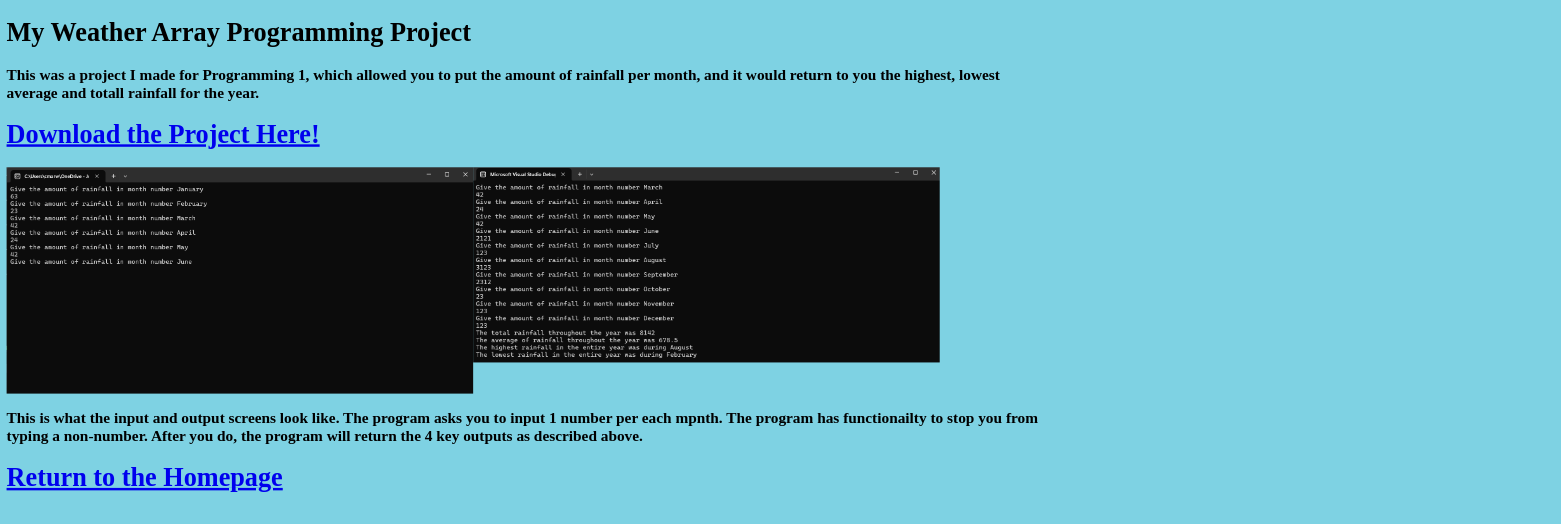
Repository: captainm64/captainm64
Page: projectshow2.html
An editor plug-in stored every save of this project. The page is shown before and after the next save, followed by the edit.
The browser window is 1280 px wide. The page is 1904 px wide, so the pictures cover 1904 px, including what lies to the right of the window. The pictures show the whole page, at 82% of full size.

Above is the page before, as saved 2026-05-12 10:18:08.

After the next save:
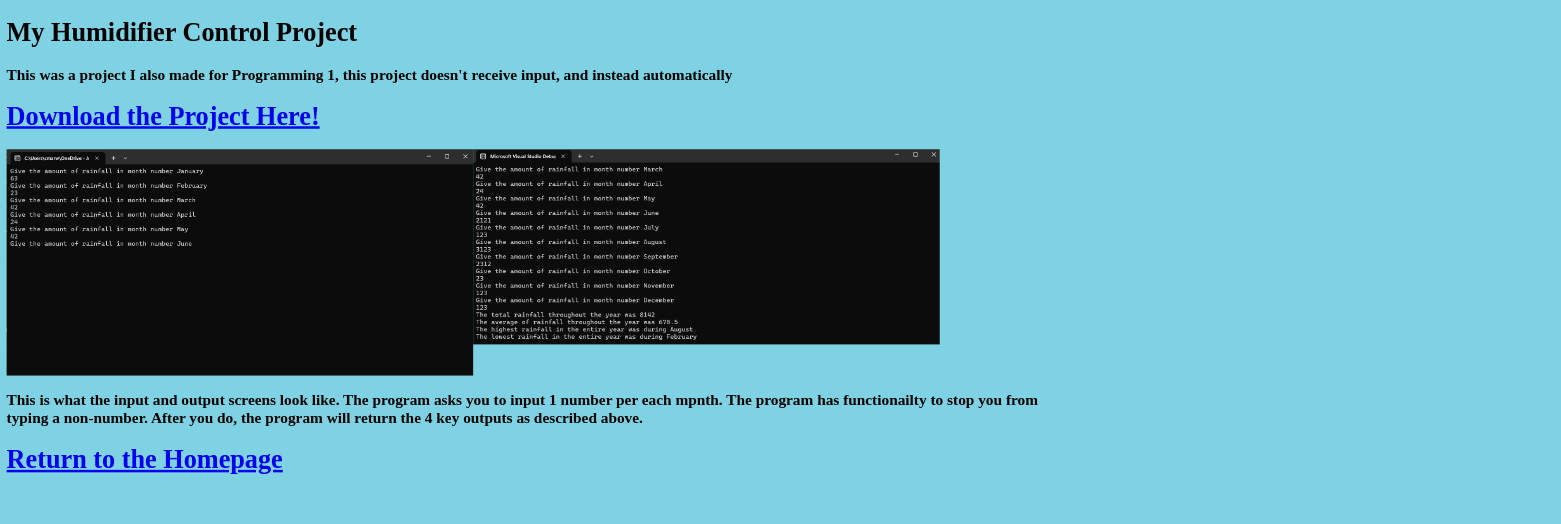
Saved 79 s later.
--- a/projectshow2.html
+++ b/projectshow2.html
@@ -7,11 +7,9 @@
     </head>
 <body>
 <main>
-<h1>My Weather Array Programming Project</h1>
+<h1>My Humidifier Control Project</h1>
 
-<h3>This was a project I made for Programming 1, which allowed you to put the amount of rainfall
-    per month, and it would return to you the highest, lowest average and totall rainfall for the year.
-</h3>
+<h3>This was a project I also made for Programming 1, this project doesn't receive input, and instead automatically </h3>
 
  <a href = https://github.com/captainm64/Weather_Array.git><h1>Download the Project Here!</h1></a>
 
